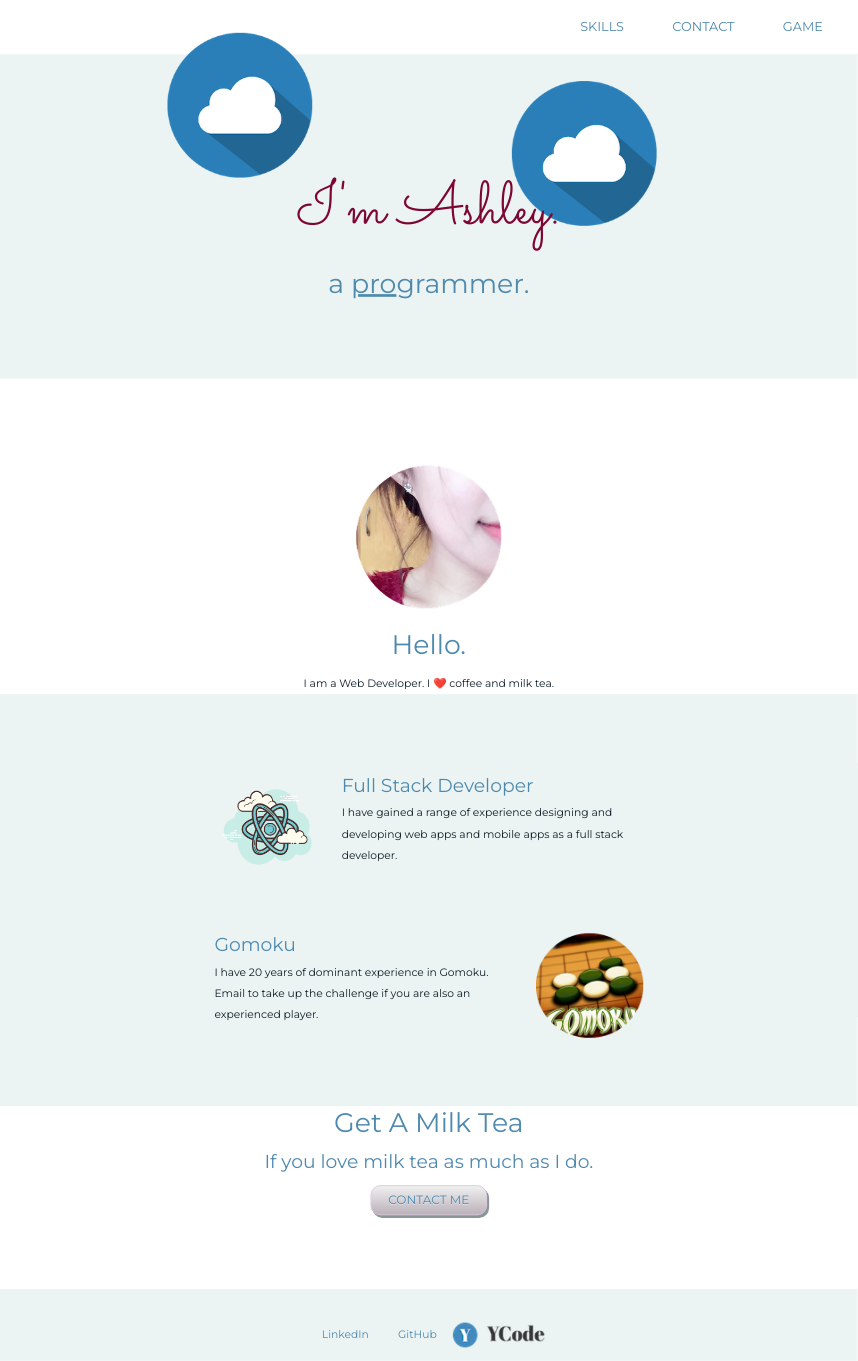
Repository: nosugarpls/YCode-my-website
Page: index.html
An editor plug-in stored every save of this project. The page is shown before and after the next save, followed by the edit.
The browser window is 1280 px wide. The pictures show the whole page, at 67% of full size.

Above is the page before, as saved 2020-09-25 10:20:30.

### index.html
<!DOCTYPE html>
<html>
<head>
  <meta charset="utf-8">
  <title>Ashley(Yu) Shi</title>


  <!-- CSS Stylesheets -->
  <link rel="stylesheet" href="https://stackpath.bootstrapcdn.com/bootstrap/4.5.2/css/bootstrap.min.css" integrity="sha384-JcKb8q3iqJ61gNV9KGb8thSsNjpSL0n8PARn9HuZOnIxN0hoP+VmmDGMN5t9UJ0Z" crossorigin="anonymous">
  <link rel="stylesheet" href="css/styles.css">
  <link href="https://fonts.googleapis.com/css?family=Merriweather|Montserrat|Sacramento" rel="stylesheet">
  <link rel="icon" href="images/YLogo.png">


  <!-- Bootstrap Scripts -->
  <script src="https://code.jquery.com/jquery-3.5.1.slim.min.js" integrity="sha384-DfXdz2htPH0lsSSs5nCTpuj/zy4C+OGpamoFVy38MVBnE+IbbVYUew+OrCXaRkfj" crossorigin="anonymous"></script>
  <script src="https://cdn.jsdelivr.net/npm/popper.js@1.16.1/dist/umd/popper.min.js" integrity="sha384-9/reFTGAW83EW2RDu2S0VKaIzap3H66lZH81PoYlFhbGU+6BZp6G7niu735Sk7lN" crossorigin="anonymous"></script>
  <script src="https://stackpath.bootstrapcdn.com/bootstrap/4.5.2/js/bootstrap.min.js" integrity="sha384-B4gt1jrGC7Jh4AgTPSdUtOBvfO8shuf57BaghqFfPlYxofvL8/KUEfYiJOMMV+rV" crossorigin="anonymous"></script>
</head>

<body>

  <!-- Nav Bar -->
  <nav class="navbar navbar-expand-lg navbar-light">
    <button class="navbar-toggler" type="button" data-toggle="collapse" data-target="#navbarToggler">
        <span class="navbar-toggler-icon"></span>
    </button>

    <div class="collapse navbar-collapse" id="navbarToggler">
      <ul class="navbar-nav ml-auto">
        <li class="nav-item">
          <a class="nav-link" href="#skills">SKILLS</a>
        </li>
        <li class="nav-item">
          <a class="nav-link" href="#contact">CONTACT</a>
        </li>
        <li class="nav-item">
          <a class="nav-link" href="piano.html">GAME</a>
        </li>
      </ul>
    </div>
  </nav>


  <div class="top-container">
    <img class="top-cloud" src="images/cloud.png" alt="cloud">
    <div class="title-text">
      <h1 class="big-title">I'm Ashley.</h1>
      <h2>a <span class="pro">pro</span>grammer.</h2>
    </div>
    <img class="bottom-cloud" src="images/cloud.png" alt="cloud">
  </div>

  <div class="middle-container">
    <div class="profile">
      <img class="avatar" src="images/ashely.png" alt="ashley-profile-img">
      <h2>Hello.</h2>
      <p class="intro">I am a Web Developer. I ❤️ coffee and milk tea.</p>
    </div>

    <div class="skills" id="skills">
      <div class="skill-row">
        <img class="react-img" src="images/react.png" alt="react-img">
        <h3>Full Stack Developer</h3>
        <p>I have gained a range of experience designing and developing web apps and mobile apps as a full stack developer.</p>
      </div>
      <div class="skill-row">
        <img class="game-img" src="images/game.png" alt="game-img">
        <h3>Gomoku</h3>
        <p>I have 20 years of dominant experience in Gomoku. Email to take up the challenge if you are also an experienced player.</p>
      </div>

    </div>

    <div class="contact-me" id="contact">
      <h2>Get A Milk Tea</h2>
      <h3>If you love milk tea as much as I do.</h3>
      <a class="btn" href="mailto:coloraworld@gmail.com">CONTACT ME</a>
    </div>
  </div>


  <div class="bottom-container">
    <a href="https://www.linkedin.com/in/yu-ashley-shi-328239197/">LinkedIn</a>
    <a href="https://github.com/nosugarpls">GitHub</a>
    <img src="images/logo.png" alt="img">
  </div>
</body>
</html>

### css/styles.css
body {
  color: #40514E;
  margin: 0;
  text-align: center;
  font-family: 'Merriweather', serif;
}

h1 {
  color: #7d0633;
  font-size: 5.625rem;
  margin: 50px auto 0 auto;
  font-family: 'Sacramento', cursive;
  z-index: 1;
  position: relative;
}

h2 {
  color: #4e89ae;
  font-family: 'Montserrat', sans-serif;
  font-size: 2.5rem;
  font-weight: normal;
  padding-bottom: 10px;
}

h3 {
  color: #4e89ae;
  font-family: 'Montserrat', sans-serif;
}

p {
  line-height: 2;
  color: #0f1e27;
  font-family: 'Montserrat', sans-serif;
}

a {
  color: #4e89ae;
  font-family: 'Montserrat', sans-serif;
  margin: 10px 20px;
  text-decoration: none;
}

.big-title {
  padding-top: 30px;
  padding-bottom: 30px;
}

.avatar {
  padding-top: 30px;
  padding-bottom: 30px;
}

.skills {
  background-color: #ecf4f3;
  padding-top: 20px;
  padding-bottom: 20px;

}


.top-container {
  background-color: #ecf4f3;
  position: relative;
  padding-top: 100px;
  padding-bottom: 100px;
}


.middle-container {
  margin: 100px 0;
}

.bottom-container {
  background-color: #ecf4f3;
  padding: 50px 0 20px;
}

.skill-row {
  width: 50%;
  margin: 100px auto 100px auto;
  text-align: left;
}

.pro {
  text-decoration: underline;
}

.intro {
  width: 30%;
  margin: auto;
  color: #0f1e27;
  font-family: 'Montserrat', sans-serif;
}

.contact-message {
  width: 40%;
  margin: 40px auto 60px;
}

.top-cloud {
  position: absolute;
  right: 300px;
  top: 40px;
}

.bottom-cloud {
  position: absolute;
  left: 250px;
  bottom: 300px;
}

.react-img {
  width: 25%;
  float: left;
  margin-right: 30px;
}

.game-img {
  width: 25%;
  float: right;
  margin-left: 30px;
}

.btn {
	box-shadow: 3px 4px 0px 0px #899599;
	background:linear-gradient(to bottom, #ededed 5%, #bab1ba 100%);
	background-color:#ededed;
	border-radius:15px;
	border:1px solid #d6bcd6;
	display:inline-block;
	cursor:pointer;
	color:#4e89ae;
  font-family: 'Montserrat', sans-serif;
	font-size:18px;
	padding:8px 25px;
	text-decoration:none;
	text-shadow:0px 1px 0px #e1e2ed;
}

.btn:hover {
	background:linear-gradient(to bottom, #bab1ba 5%, #ededed 100%);
	background-color:#bab1ba;
}

.btn:active {
	position:relative;
	top:1px;
}

/* Navigation Bar */

.nav-item {
  padding: 0 8px;
}

.nav-link {
  font-size: 1.2rem;
  font-family: 'Montserrat', sans-serif;
  color: #4e89ae !important;
  z-index: 2;
  position:relative;
}

After the next save:
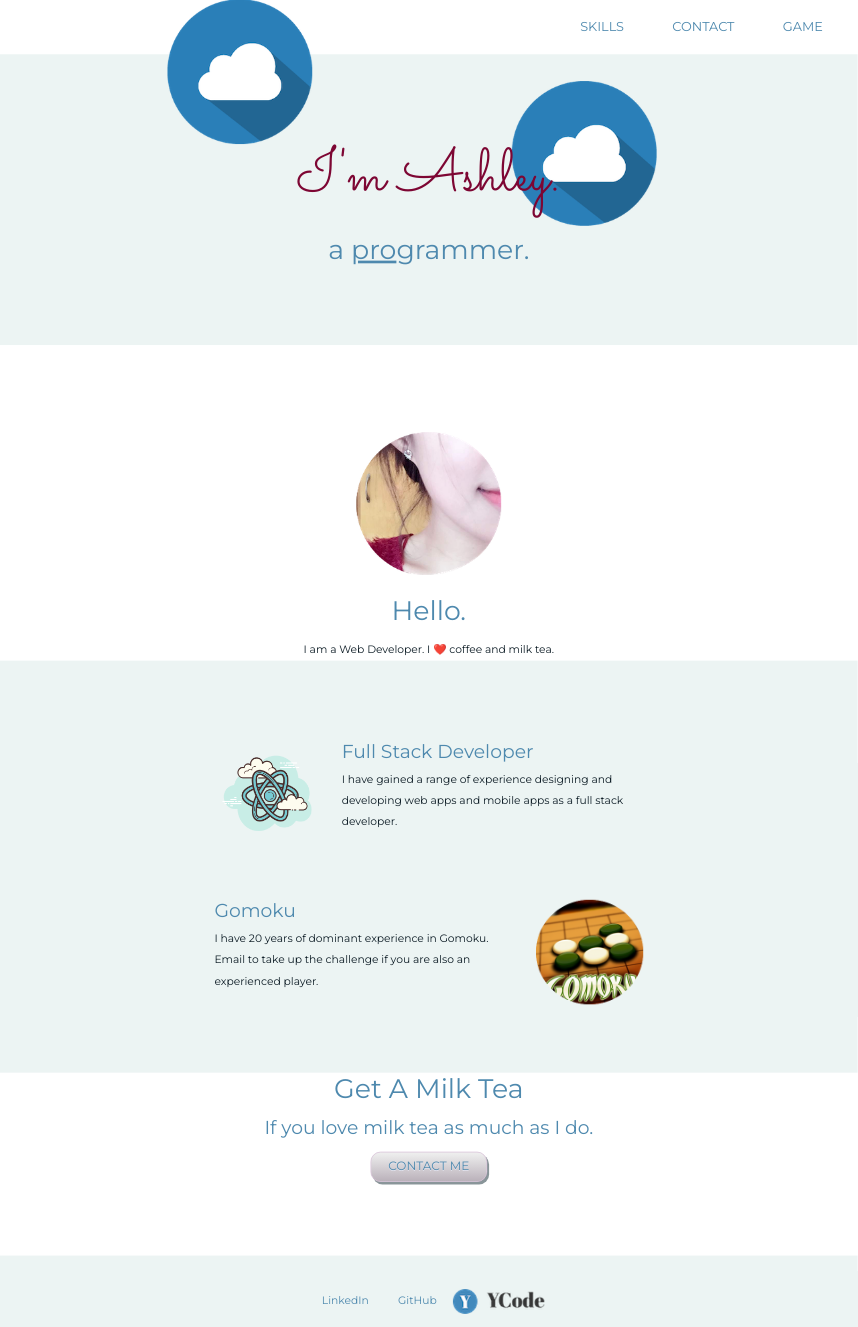
Saved 78 s later.
--- a/css/styles.css
+++ b/css/styles.css
@@ -41,8 +41,8 @@ a {
 }
 
 .big-title {
-  padding-top: 30px;
-  padding-bottom: 30px;
+  margin-top: 30px;
+  margin-bottom: 30px;
 }
 
 .avatar {
